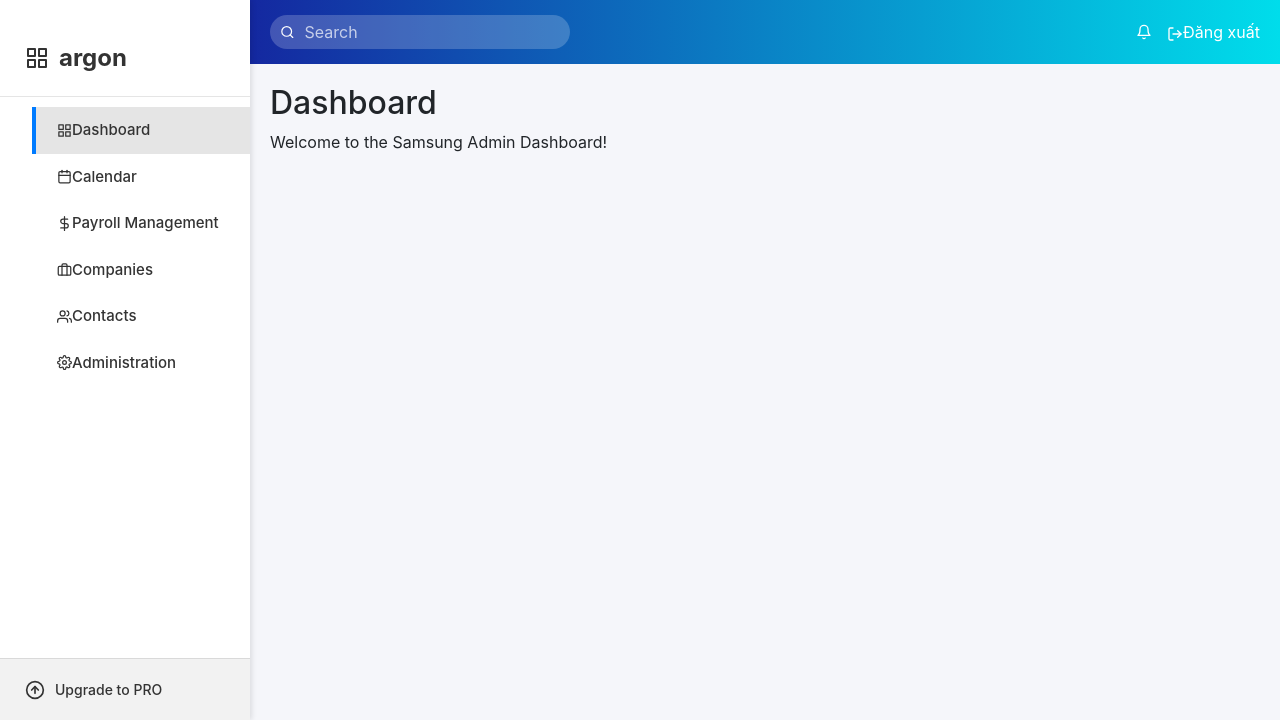
Repository: lenb2109136/HTTTQL
Page: /
An editor plug-in stored every save of this project. The page is shown before and after the next save, followed by the edit.
The browser window is 1280 px wide. The pictures show the whole page.
The project was rebuilt for these pictures with package versions that can differ from the ones it lists, and the page was loaded fresh each time.

Above is the page before, as saved 2025-03-28 12:23:24.

After the next save:
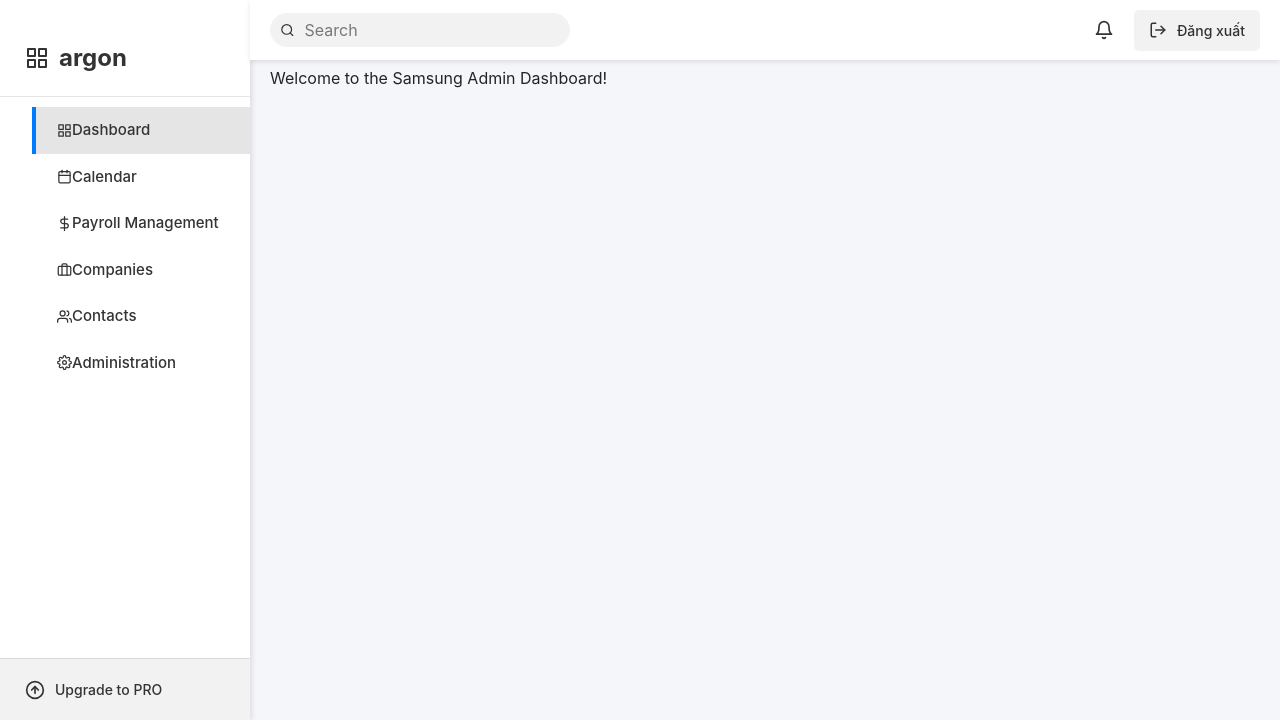
Saved 8 s later.
--- a/src/component/admin/admin-style/Header-Admin.css
+++ b/src/component/admin/admin-style/Header-Admin.css
@@ -1,22 +1,23 @@
 /* src/components/Header.css */
 .header {
-  background: linear-gradient(
-    90deg,
-    #1428a0 0%,
-    #00ddeb 100%
-  ); /* Gradient của Samsung */
-  padding: 15px 20px;
+  width: calc(100% - 250px); /* Adjust for sidebar width */
+  height: 60px;
+  background: #fff; /* White background */
+  position: fixed;
+  top: 0;
+  left: 250px; /* Offset for sidebar */
   display: flex;
   justify-content: space-between;
   align-items: center;
-  color: white;
+  padding: 0 20px;
+  box-shadow: 0 2px 5px rgba(0, 0, 0, 0.1); /* Subtle shadow */
 }
 
 /* Thanh tìm kiếm */
 .search-bar {
   display: flex;
   align-items: center;
-  background-color: rgba(255, 255, 255, 0.2);
+  background-color: rgba(0, 0, 0, 0.05); /* Light gray background */
   border-radius: 20px;
   padding: 5px 10px;
   width: 300px;
@@ -28,78 +29,56 @@
   outline: none;
   margin-left: 10px;
   width: 100%;
-  color: white;
+  color: #333; /* Black text */
 }
 
 .search-bar input::placeholder {
-  color: rgba(255, 255, 255, 0.7);
+  color: rgba(0, 0, 0, 0.5); /* Gray placeholder */
 }
 
 .search-icon {
-  color: white;
+  color: #333; /* Black icon */
 }
 
 /* Phần bên phải */
 .header-right {
   display: flex;
   align-items: center;
-  gap: 15px;
+  gap: 20px; /* Space between notification and logout */
 }
 
-.user-name {
-  font-size: 16px;
-  font-weight: 500;
-}
-
-/* Avatar và Dropdown */
-.user-profile {
-  position: relative;
-}
-
-.avatar {
-  width: 40px;
-  height: 40px;
-  border-radius: 50%;
-  overflow: hidden;
+.notification-icon {
+  font-size: 20px;
+  color: #333; /* Black icon */
   cursor: pointer;
 }
 
-.avatar img {
-  width: 100%;
-  height: 100%;
-  object-fit: cover;
+.notification-icon:hover {
+  color: #007bff; /* Blue on hover */
 }
 
-.dropdown-menu {
-  position: absolute;
-  top: 50px;
-  right: 0;
-  background-color: #fff;
-  box-shadow: 0 2px 10px rgba(0, 0, 0, 0.1);
-  border-radius: 5px;
-  width: 200px;
-  z-index: 1000;
-}
-
-.dropdown-item {
-  padding: 10px 15px;
-  border-bottom: 1px solid #f0f0f0;
-  font-size: 14px;
-  color: #333;
-}
-
-.dropdown-item:last-child {
-  border-bottom: none;
-}
-
-.logout {
+.logout-section {
   display: flex;
   align-items: center;
   gap: 10px;
-  color: #ff4d4f;
+  padding: 10px 15px;
+  background-color: rgba(0, 0, 0, 0.05); /* Light gray background */
+  border-radius: 5px;
   cursor: pointer;
+  transition: background-color 0.3s ease;
+}
+
+.logout-section:hover {
+  background-color: rgba(0, 0, 0, 0.1); /* Slightly darker on hover */
 }
 
 .logout-icon {
-  font-size: 16px;
+  font-size: 18px;
+  color: #333; /* Black icon */
 }
+
+.logout-section span {
+  font-size: 14px;
+  font-weight: 500;
+  color: #333; /* Black text */
+}
